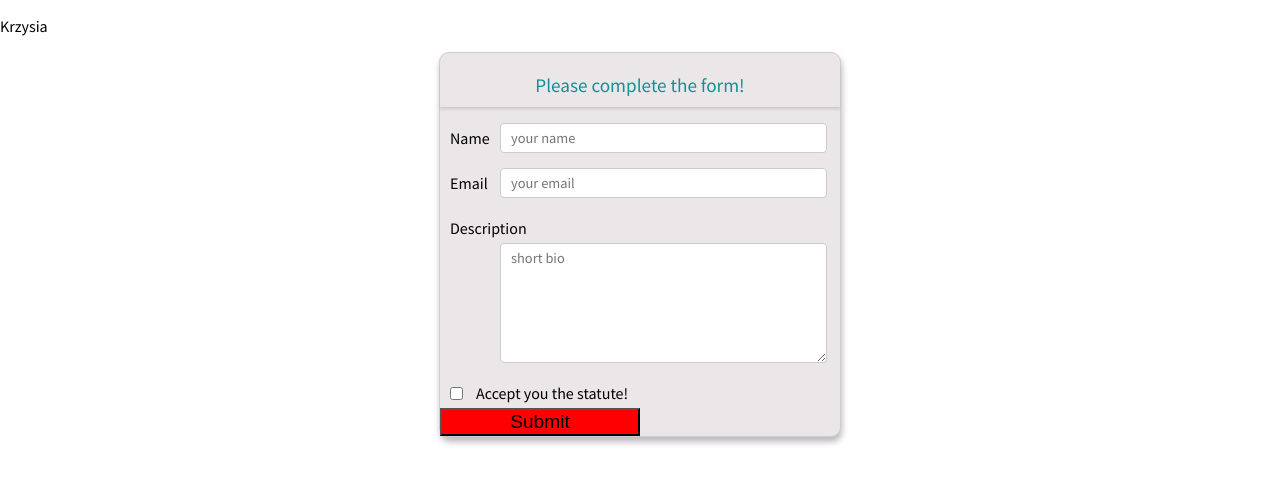
Repository: KrzysKolo/sr_tydzien4_zad2
Page: /
The author's editor kept a copy of each file at every save. The page is drawn from the files as they stood at one save, then again after the next save.
The browser window is 1280 px wide. The pictures show the whole page.
The project was rebuilt for these pictures with package versions that can differ from the ones it lists, and the page was loaded fresh each time. Also part of the build but not shown: src/components/formComponents/ErrorMessage.js, src/components/formComponents/Message.js.

Above is the page before, as saved 2020-11-27 21:22:36.

### src/index.css
@import url("https://fonts.googleapis.com/css?family=Source+Sans+Pro");
body {
  margin: 0;
  font-family: "Source Sans Pro", sans-serif;
}

code {
  font-family: source-code-pro, Menlo, Monaco, Consolas, "Courier New",
    monospace;
}

### src/App.js
import React from 'react'
import Form from './components/Form';

function App() {
  return (
    <div>
      <p>Krzysia</p>
      <Form />
    </div>
  )
}

export default App

### src/components/Form.js
import React, { Component } from 'react';
import Input from './formComponents/Input';
import TextArea from './formComponents/TextArea';
import Checkbox from './formComponents/Checkbox';
import Button from './formComponents/Button';
import Header from './formComponents/Header';
import Message from './formComponents/Message';
import styled from 'styled-components';

const ContainerForm = styled.form`
width: 80%;
max-width: 400px;
background: rgb(235, 231, 232);
border: 1px solid rgb(206, 204, 204);
border-radius: 10px;
box-shadow: 1px 5px 6px rgb(189, 185, 189);
margin: 0 auto;
`;

class Form extends Component {

state = {
    Name: '',
    Email: '',
    Description: '',
    accept: false,
    message: '',
    errors: {
        Name: false,
        Email: false,
        Description: false,
        accept: false,
        }
}
message = {
    Name_incorrect: "Nazwa musi być dłuższa niż 5 znaków i nie może zawierać spacji",
    Email_incorrect: "Brak @ lub adres zawiera spacje",
    Description_incorrect: "Opis musi zawierać co najmniej 3 znaki",
    accept_incorrect: "Nie potwierdziłeś regulaminu",
}

handleChange = e =>{
    const inputName = e.target.name;
    const type = e.target.type
    if(type === "text" || type === "email" ) {
        const value = e.target.value;
        this.setState({
            [inputName] : value,
        })
    } else if (type === "checkbox") {
      const checked = e.target.checked;
      console.log(checked);
      this.setState({
        [inputName]: checked,
      })
    }
}
onSubmit = e => {
    e.preventDefault();
    const validation = this.formValidation();
    if(validation.correct) {
      this.setState({
        Name: "",
        Email: "",
        Description: '',
        accept: false,
        message: "The form has been submitted!",
        errors: {
          Name: false,
          Email: false,
          Description: false,
          accept: false,
        }
      })
    } else {
      this.setState({
        errors: {
          Name: !validation.Name,
          Email: !validation.Email,
          Description: !validation.Description,
          accept: !validation.accept,
        }
      })
    }
}

formValidation = () => {
    let Name = false;
    let Email = false;
    let Description = false;
    let accept = false;
    let correct = false;
    if(this.state.Name.length > 5) {
      Name = true;
    }
    if(this.state.Email.indexOf('@') !== -1 && this.state.Email.lastIndexOf(' ') === -1) {
      Email = true;
    }
    if(this.state.Description.length >= 3) {
      Description = true;
    }
    if(this.state.accept) {
      accept = true;
    }
    if (Name && Email && Description && accept){
        correct = true;
      }
   return ({
      Name,
      Email,
      Description,
      accept,
      correct,

    })

  }

    render () {

    return (
        <ContainerForm onSubmit={this.onSubmit} noValidate>
          <Header />
          <Input type="text" placeholder="your name" value={this.state.Name} name="Name" onChange={this.handleChange} errorInfo={this.state.errors.Name} message={this.message.Name_incorrect} />
          <Input type="email" placeholder="your email" value={this.state.Email} name="Email" onChange={this.handleChange} errorInfo={this.state.errors.Email} message={this.message.Email_incorrect} />
          <TextArea  type="text" rows="6" placeholder="short bio" value={this.state.Description} name="Description" onChange={this.handleChange} errorInfo={this.state.errors.Description} message={this.message.Description_incorrect} />
          <Checkbox  type="checkbox" name="accept" checked={this.state.accept}  onChange={this.handleChange} errorInfo={this.state.errors.accept} message={this.message.accept_incorrect} />
          <Button type="submit" />
          {this.state.message && <Message message={this.state.message} /> }
        </ContainerForm>
    )
    }
}

export default Form

### src/components/formComponents/Input.js
import React from 'react'
import styled from 'styled-components';
import ErrorMessage from './ErrorMessage';
const InputDiv = styled.div`
    display: flex;
    flex-direction: row;
    align-content: center;
    margin: 0 auto;
    padding-top: 5px;

`;
const InputLabel = styled.label`
    width: 10%;
    font-size: 1rem;
    padding: 5px 10px;
`;
const inputStyles = errorInfo => `
    width: 80%;
    max-width: 305px;
    padding: 5px 10px;
    border: 1px solid ${errorInfo ? '#d3170d' : '#ccc'};
    border-radius: 4px;
    font-family: inherit;
    font-size: 0.9rem;
    ${!errorInfo && 'margin-bottom: 10px;'}
`;
const InputError = styled.input`
    ${props => inputStyles(props.errorInfo)}
`;

const TextArea = (props) => {
    const { name, message, errorInfo }= props;
    return (
        <>
            <InputDiv>
                <InputLabel htmlFor={name} >{name} </InputLabel>
                <InputError id={name} {...props} errorInfo={errorInfo} message={message}/>
            </InputDiv>
            {errorInfo && <ErrorMessage message={message} /> }
        </>
    )

}

export default TextArea;

### src/components/formComponents/TextArea.js
import React from 'react'
import styled from 'styled-components';
import ErrorMessage from './ErrorMessage';

const TextAreaDiv = styled.div`
    display: flex;
    flex-direction: column;
    align-content: center;
    margin: 0 auto;
    padding-top: 5px;

`;
const TextAreaLabel = styled.label`
    width: 10%;
    font-size: 1rem;
    padding: 5px 10px;
`;
const textAreaStyles = errorInfo => `
    width: 80%;
    max-width: 305px;
    margin: 0 auto 0 15%;
    padding: 5px 10px;
    border: 1px solid ${errorInfo ? '#d3170d' : '#ccc'};
    border-radius: 4px;
    font-family: inherit;
    font-size: 0.9rem;
    ${!errorInfo && 'margin-bottom: 10px;'}
`;
const TextAreaError = styled.textarea`
    ${props => textAreaStyles(props.errorInfo)}
`;

const Input = (props) => {
    const { name, message, errorInfo }= props;
    return (
        <>
            <TextAreaDiv>
                <TextAreaLabel htmlFor={name}>{name} </TextAreaLabel>
                <TextAreaError id={name} {...props} errorInfo={errorInfo} message={message}/>
            </TextAreaDiv>
            {errorInfo && <ErrorMessage message={message} /> }
        </>
    )

}

export default Input;

### src/components/formComponents/Checkbox.js
import React from 'react'
import styled from 'styled-components';
import ErrorMessage from './ErrorMessage';

const CheckboxDiv = styled.div`
    display: flex;
    flex-direction: row;
    align-items: center;
    margin: 0 auto;
    padding-top: 5px;

`;
const CheckboxDivLabel = styled.label`
    font-size: 1rem;
    padding: 5px 10px;
`;

const CheckboxDivError = styled.input`
    margin-left: 10px;

`;

const Checkbox = (props) => {
    const { name, message, errorInfo }= props;
    return (
        <>
            <CheckboxDiv>
                <CheckboxDivError id={name} {...props} errorInfo={errorInfo} message={message}/>
                <CheckboxDivLabel htmlFor={name}> Accept you the statute! </CheckboxDivLabel>
            </CheckboxDiv>
            {errorInfo && <ErrorMessage message={message} /> }
        </>
    )

}

export default Checkbox;

### src/components/formComponents/Button.js
import React from 'react'
import styled from 'styled-components';

const BtnSubmit = styled.button`
 width: 200px;
 background: red;
 font-size: 1.2rem;
`;

const Button = () => {
    return (
        <BtnSubmit>Submit</BtnSubmit>
    )
}

export default Button;

### src/components/formComponents/Header.js
import React from 'react';
import styled from 'styled-components';

const HeaderTitle = styled.header`
    border-bottom: 1px solid rgb(206, 204, 204);
    box-shadow: 0 2px 2px rgba(189, 185, 189, 0.4);
    color: rgb(19, 144, 150);
    font-size: 1.2rem;
    font-wight: 900;
    padding: 10px;
    margin: 10px auto;
    text-align: center;

`;

const Header = () => {
    return (
        <HeaderTitle>
            Please complete the form!
        </HeaderTitle>
    )
}

export default Header;

Loaded but not shown: public/index.html (common file); src/index.js (common file)

After the next save:
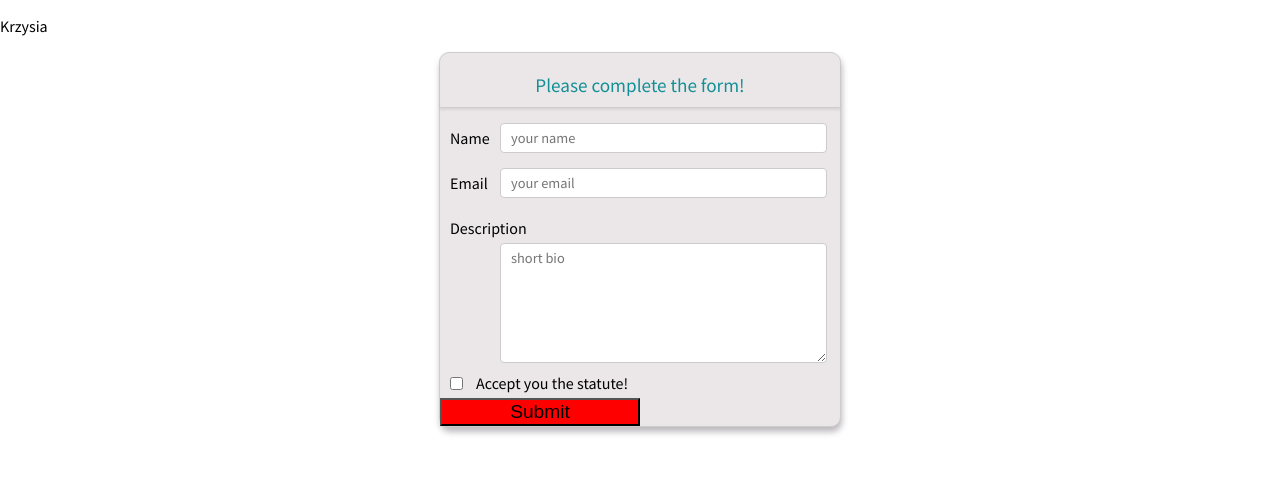
Saved 3 min 7 s later.
--- a/src/components/formComponents/TextArea.js
+++ b/src/components/formComponents/TextArea.js
@@ -24,7 +24,7 @@ const textAreaStyles = errorInfo => `
     border-radius: 4px;
     font-family: inherit;
     font-size: 0.9rem;
-    ${!errorInfo && 'margin-bottom: 10px;'}
+
 `;
 const TextAreaError = styled.textarea`
     ${props => textAreaStyles(props.errorInfo)}
